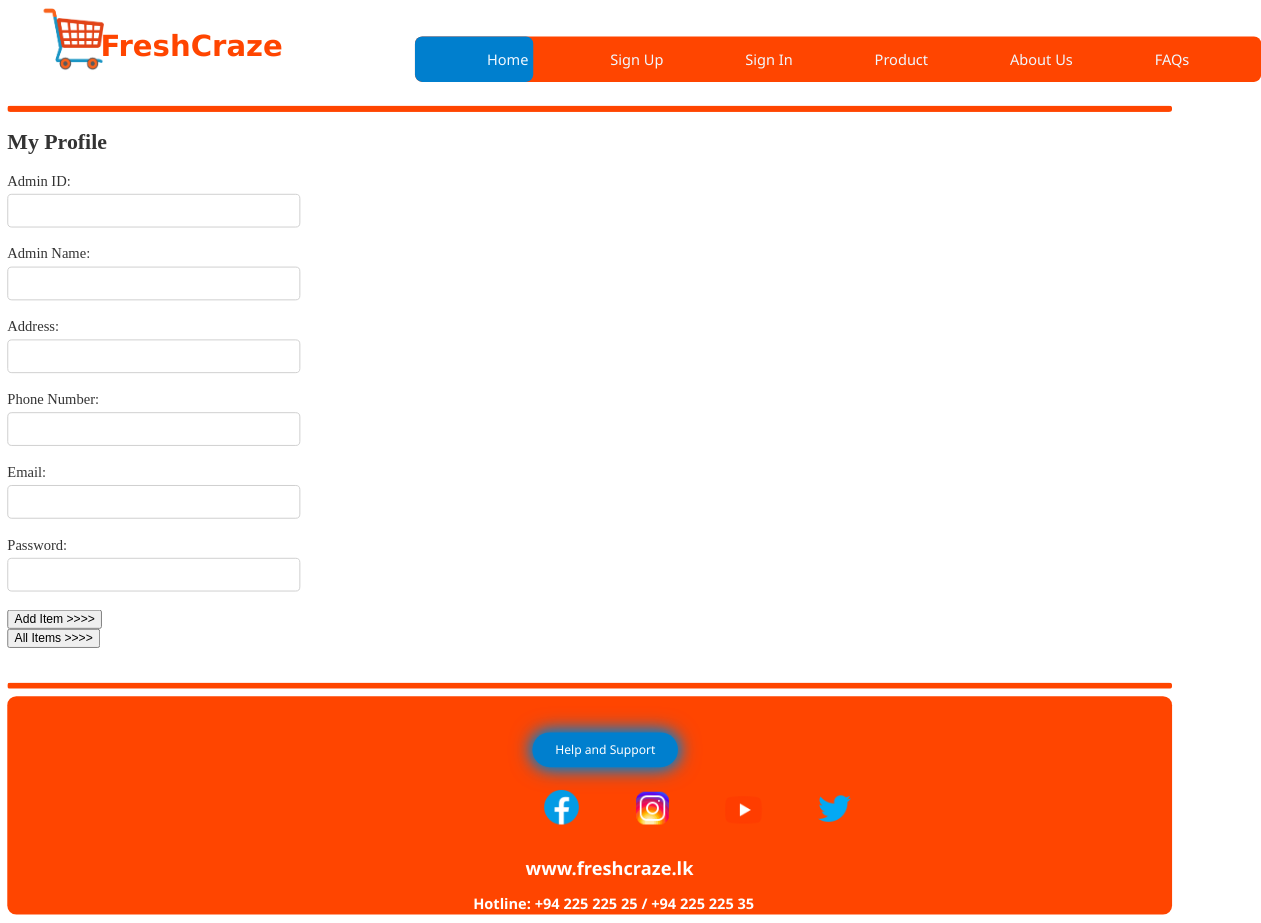
Repository: shanika2002/FreshCraze
Page: http://localhost/itemDem/profile.jsp
These files come from the project's save history. The page is drawn as it stood at one moment and after the next save; the edit follows.
The browser window is 1280 px wide. The page is 1386 px wide, so the pictures cover 1386 px, including what lies to the right of the window. The pictures show the whole page, at 91% of full size.
The page is served by Tomcat 9. Other server files are loaded and not shown. The template is opened directly, without the code that normally fills it, so the values that code supplies are empty.

Above is the page before, as saved 2024-05-11 04:55:14.

### itemDem/src/main/webapp/profile.jsp
<%@ page language="java" contentType="text/html; charset=ISO-8859-1"
	pageEncoding="ISO-8859-1"%>

<%@ taglib uri="http://java.sun.com/jsp/jstl/core" prefix="c"%>

<!DOCTYPE html>
<html>
<head>
<link rel="stylesheet" href="css/profile.css">
<meta charset="ISO-8859-1">
<title>Insert title here</title>
</head>
<body>

	<img src="images\logo.png" class="logo">

	<h1 class="logo_topic">FreshCraze</h1>

	<nav class="navbar">
		<a href="index.jsp">Home</a> <a href="register.jsp">Sign Up</a> <a href="mainLogin.jsp">Sign
			In</a> <a href="addItem.jsp">Product</a> <a href="link">About Us</a> <a
			href="link">FAQs</a> <span></span>
	</nav>

	<hr class="topic_line">


	<h2>My Profile</h2>

	<c:set var="ad" value="${admin}" />
	<div class="form-group">
		<label for="supplierid">Admin ID:</label> <input type="text"
			id="adminid" name="adminid" required value="${ad.id }">
	</div>
	<div class="form-group">
		<label for="suppliername">Admin Name:</label> <input type="text"
			id="adminname" name="adminname" required value="${ad.name }">
	</div>
	<div class="form-group">
		<label for="address">Address:</label> <input type="text" id="address"
			name="address" required value="${ad.address }">
	</div>
	<div class="form-group">
		<label for="phonenumber">Phone Number:</label> <input type="tel"
			id="phonenumber" name="phonenumber" pattern="[0-9]{10}" required
			value="${ad.phoneNumber }">
	</div>
	<div class="form-group">
		<label for="email">Email:</label> <input type="email" id="email"
			name="email" required value="${ad.email }">
	</div>
	<div class="form-group">
		<label for="password">Password:</label> <input type="password"
			id="password" name="password" required value="${ad.password }">
	</div>

	<form action="addItem.jsp" method="post">
		<button type="submit">Add Item >>>></button>
	</form>

	<form action="adminItem" method="post">
		<button type="submit">All Items >>>></button>
	</form>

	<hr class="footer_line">

	<div class="footer">
		<a href="link" target="_blank">
			<button type="button" class="help_button">Help and Support</button>
		</a>

		<div class="fb_icon">
			<a href="https://www.facebook.com/" target="_blank"><img
				src="images/facebook.png"></a>
		</div>

		<div class="insta_icon">
			<a href="https://www.instagram.com/" target="_blank"><img
				src="images/insta.png"></a>
		</div>

		<div class="twitt_icon">
			<a href="https://www.twitter.com/" target="_blank"><img
				src="images/Twitter.png"></a>
		</div>

		<div class="yt_icon">
			<a href="https://www.youtube.com/" target="_blank"><img
				src="images/yt.png"></a>
		</div>
	</div>

	<div class="contacts">
		<h1 class="link">www.freshcraze.lk</h1>
		<h1>Hotline: +94 225 225 25 / +94 225 225 35</h1>
	</div>

</body>
</html>

### itemDem/src/main/webapp/css/profile.css
@charset "ISO-8859-1";

body{
    background-color: #ffffff;
    background-repeat: no-repeat;
    background-attachment: fixed;
    background-position: center;
    width: 100%;
}

.logo{
    width: 70px;
    height: 70px;
    margin-left: 3%;
}

.logo_topic{
    font-family: verdana;
    margin-left: 8%;
    margin-top: -3.9%;
    color: orangered;
}

.navbar{
    margin-left:35%;
    margin-top:-4%;
    padding: 0;
    box-sizing: border-box;
    font-family: 'Segoe UI';
    display: flex;
    justify-content:center;
    align-items: center;
    min-height: 5vh;

    position:relative;
    background-color: orangered;
    border-radius: 8px;
    width: 930px;
    height: 50px;
    display: flex;
}

nav a{
    position: relative;
    display: inline-block;
    font-size: 1em;
    font-weight: 500;
    color: aliceblue;
    text-decoration: none;
    padding: 45px;
    z-index: 1;
}

nav span{
    position: absolute;
    top: 0;
    left: 0;
    width: 130px;
    height: 100%;
    background-color:rgb(0, 127, 206);
    border-radius: 8px;
    transition: .3s;
}

nav a:nth-child(1):hover~span{
    left: 0;
    width: 400;
}

nav a:nth-child(2):hover~span{
    left: 170px;
    width: 110px;
}

nav a:nth-child(3):hover~span{
    left:300px;
    width: 110px;
}

nav a:nth-child(4):hover~span{
    left: 450px;
    width: 150px;
}

nav a:nth-child(5):hover~span{
    left: 650px;
    width: 110px;
}

nav a:nth-child(6):hover~span{
    left: 805px;
    width: 125px;
}



.topic_line{
    border: none;
    margin-top: 2%;
    border-top: 7px solid orangered;
    border-radius: 10px;
}

.help_button{
    box-shadow:0 0 15px rgb(0, 127, 206),0 0 25px rgb(0, 127, 206);
    border: none;
    width: 160px;
    margin-left: 44%;
    font-family: 'Segoe UI';
    padding: 10px 12px;
    color: #ffffff;
    background-color:rgb(0, 127, 206);
    border-radius: 20px;
}

.help_button:hover{
    box-shadow: 0 0 25px rgb(0, 127, 206);
}

.fb_icon{
    margin-left: 560px;
    margin-top: 20px;
}

.insta_icon{
    margin-left: 660px;
    margin-top: -51px;
}

.yt_icon{
    margin-left: 760px;
    margin-top: -51px;
}

.twitt_icon{
    margin-left: 860px;
    margin-top: -51px;
}

.container {
  max-width: 500px;
  margin: 50px auto;
  background-color: #fff;
  padding: 20px;
  border-radius: 8px;
  box-shadow: 0 0 10px rgba(0, 0, 0, 0.1);
}

h2 {

  color: #333;
  margin-bottom: 20px;
}

.form-group {
  margin-bottom: 20px;
}

label {
  display: block;
  margin-bottom: 5px;
  color: #333;
}

input[type="text"],
input[type="email"],
input[type="tel"],
input[type="password"] {
  width: 300px;
  padding: 10px;
  border: 1px solid #ccc;
  border-radius: 5px;
}

input[type="submit"] {
  background-color: #007bff;
  color: #fff;
  border: none;
  border-radius: 5px;
  padding: 10px 20px;
  cursor: pointer;
}

input[type="submit"]:hover {
  background-color: #0056b3;
}


.footer{
    height: 200px;
    background-color: orangered;
    padding-top: 40px;
    padding-left: 25px;
    border-radius: 10px;
}

.footer_line{
    border: none;
    margin-top: 3%;
    border-top: 7px solid orangered;
    border-radius: 10px;
}

.contacts{
    font-size: 8px;
    color:rgb(255, 255, 255);
    font-family: 'Segoe UI';
    margin-left: 40%;
    margin-top: -5%;
}

.link{
    font-size: 20px ;
    margin-top: -6%;
    margin-left: 7.5%;
}

After the next save:
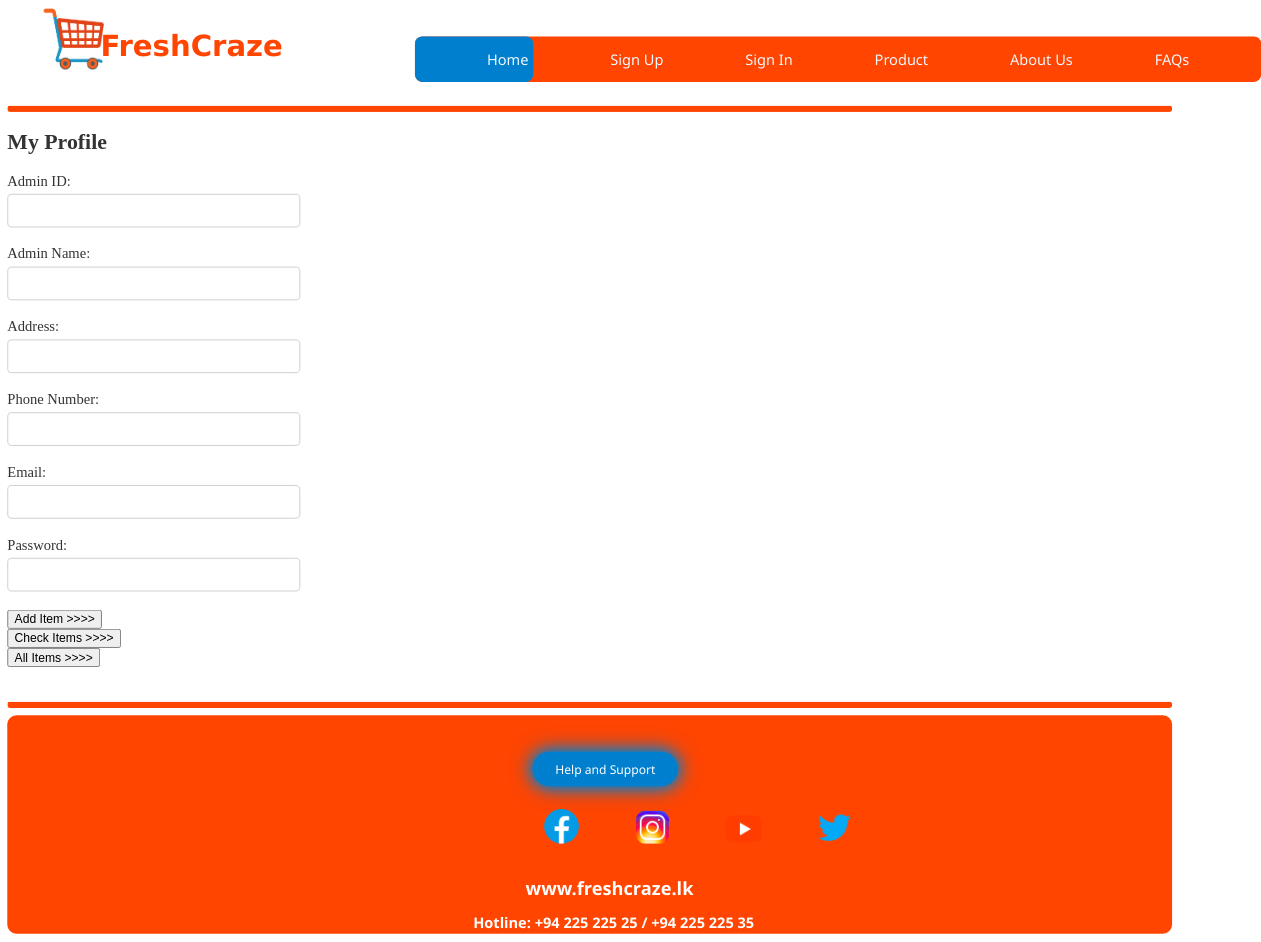
Saved 4 min 41 s later.
--- a/itemDem/src/main/webapp/profile.jsp
+++ b/itemDem/src/main/webapp/profile.jsp
@@ -58,6 +58,10 @@
 		<button type="submit">Add Item >>>></button>
 	</form>
 
+	<form action="checkItem" method="post">
+		<button type="submit">Check Items >>>></button>
+	</form>
+
 	<form action="adminItem" method="post">
 		<button type="submit">All Items >>>></button>
 	</form>
